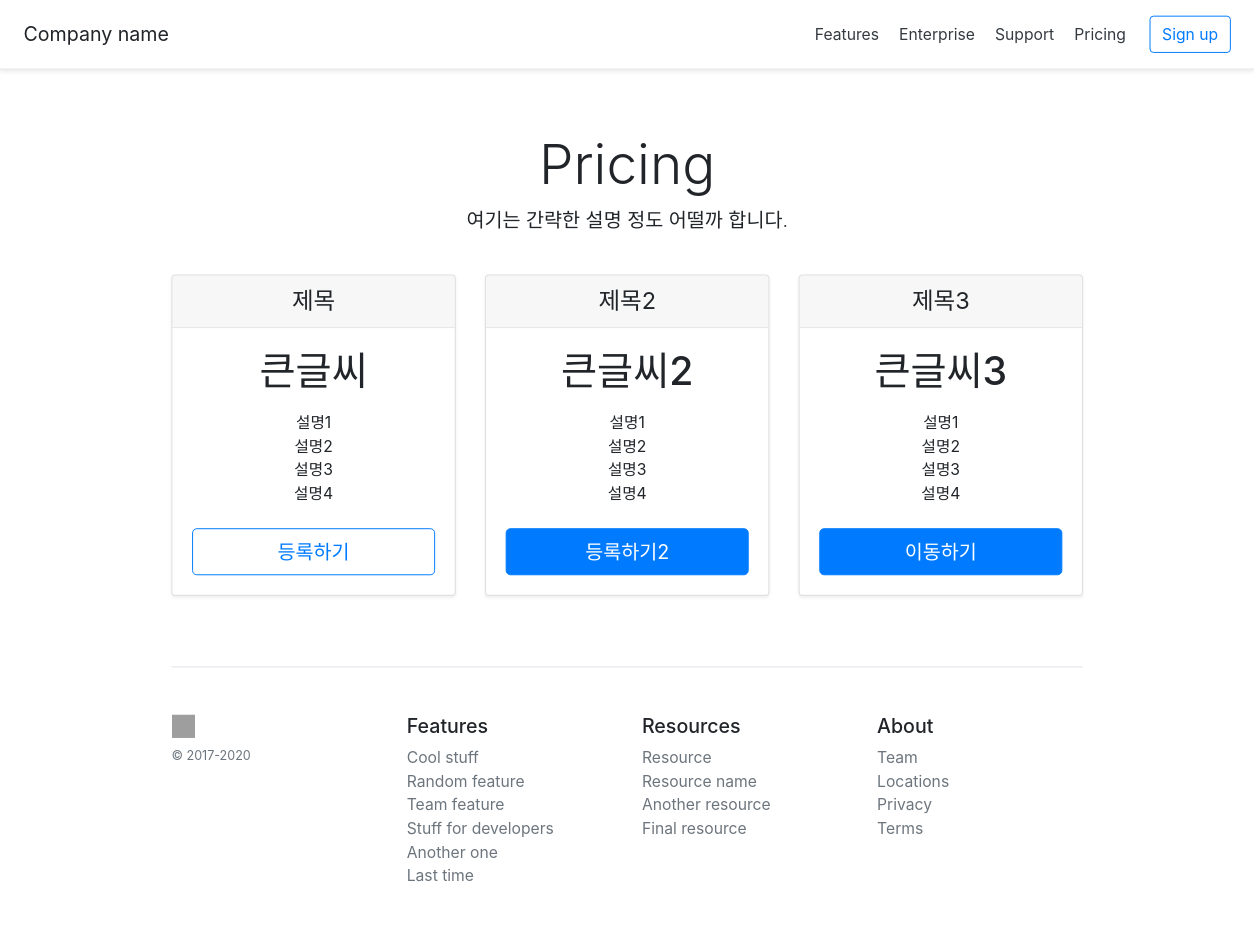
Repository: SettingRhino/innogleantmanager
Page: http://localhost/antmanager/WEB-INF/views/home.jsp
The author's editor kept a copy of each file at every save. The page is drawn from the files as they stood at one save, then again after the next save.
The browser window is 1280 px wide. The pictures show the whole page, at 98% of full size.
Pictures or frames that could not be fetched are drawn as grey boxes. The page is served by Tomcat 9. Nobody is signed in. The template is opened directly, without the code that normally fills it, so the values that code supplies are empty.

Above is the page before, as saved 2020-06-07 17:05:46.

After the next save:
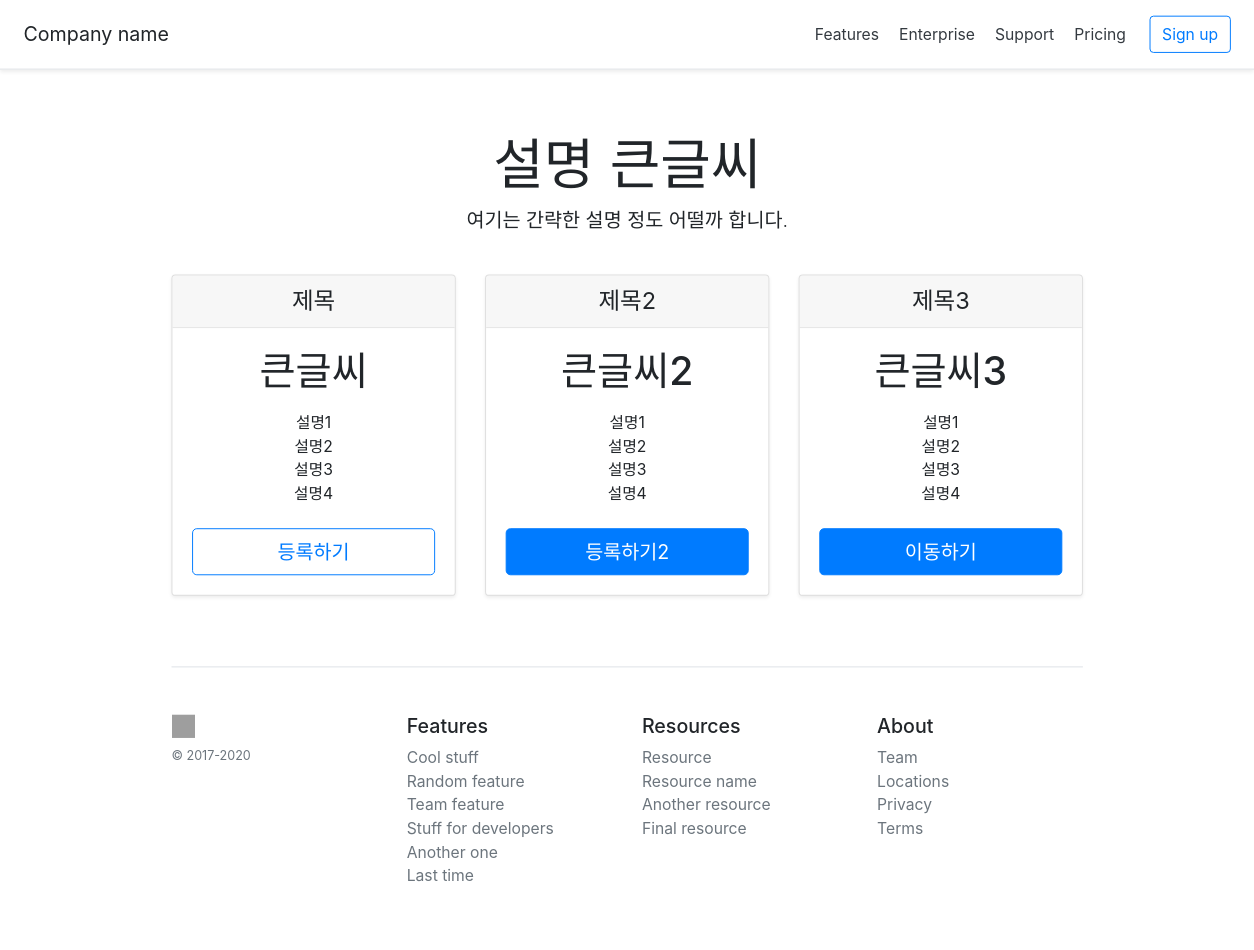
Saved 7 s later.
--- a/antmanager/src/main/webapp/WEB-INF/views/home.jsp
+++ b/antmanager/src/main/webapp/WEB-INF/views/home.jsp
@@ -57,7 +57,7 @@
 </div>
 
 <div class="pricing-header px-3 py-3 pt-md-5 pb-md-4 mx-auto text-center">
-  <h1 class="display-4">Pricing</h1>
+  <h1 class="display-4">설명 큰글씨</h1>
   <p class="lead">여기는 간략한 설명 정도 어떨까 합니다.</p>
 </div>
 
